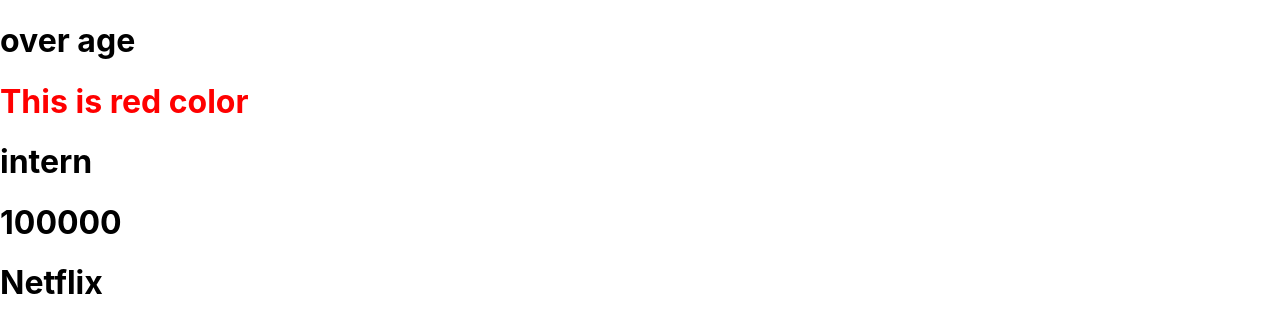
Repository: iamjayenmthakuri/todolist
Page: /
These files come from the project's save history. The page is drawn as it stood at one moment and after the next save; the edit follows.
The browser window is 1280 px wide. The pictures show the whole page.
The project was rebuilt for these pictures with package versions that can differ from the ones it lists, and the page was loaded fresh each time.

Above is the page before, as saved 2022-09-18 22:41:32.

After the next save:
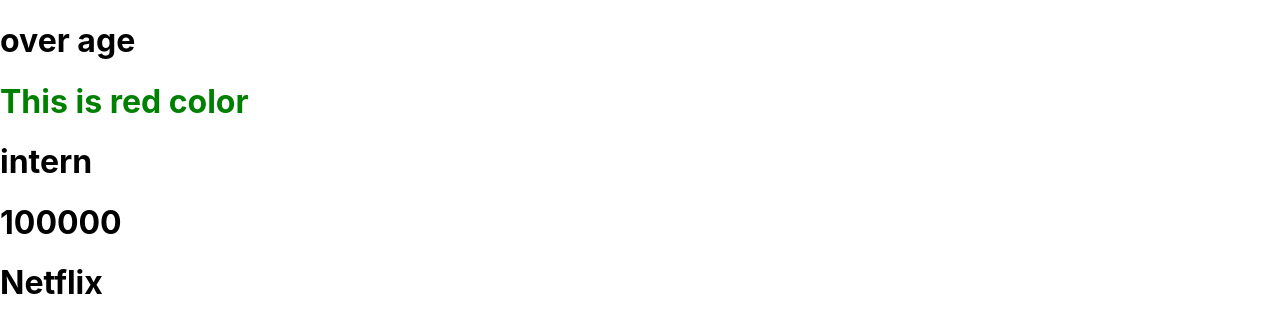
Saved 73 s later.
--- a/src/App.js
+++ b/src/App.js
@@ -8,12 +8,13 @@
   );
  }
   const age =20;
+  const isGreen =true;
   const User = (props) =>{
 
   return (
     <>
     {age>=18 ? <h1>over age</h1>:<h1>under age</h1>}
-    <h1 style={{color:"red"}}>This is  red color</h1>
+    <h1 style={{color: isGreen ? "green":"red"}}>This is  red color</h1>
     <h1>{props.job}</h1>
     <h1>{props.salary}</h1>
     <h1>{props.company}</h1>

After the save that followed:
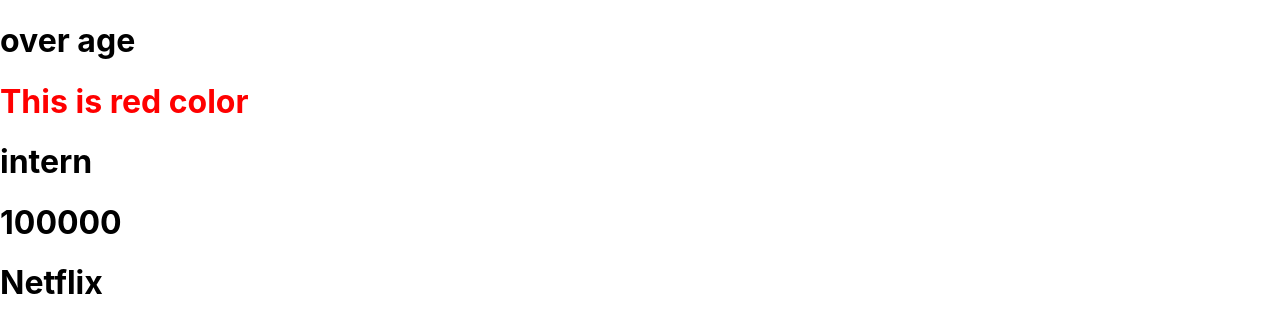
Saved 14 s later.
--- a/src/App.js
+++ b/src/App.js
@@ -8,7 +8,7 @@
   );
  }
   const age =20;
-  const isGreen =true;
+  const isGreen = false;
   const User = (props) =>{
 
   return (
